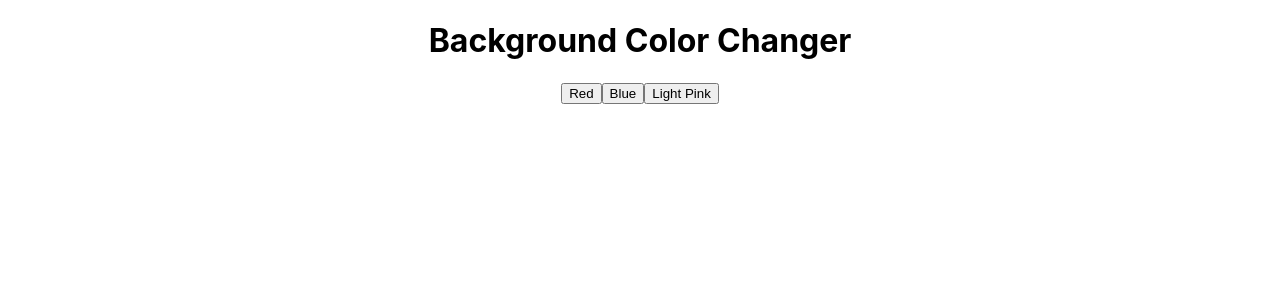
Repository: Jay1161/FSWD
Page: / (app in Week-12/frontend/cookies/)
The author's editor kept a copy of each file at every save. The page is drawn from the files as they stood at one save, then again after the next save.
The browser window is 1280 px wide. The pictures show the whole page.
The project was rebuilt for these pictures with package versions that can differ from the ones it lists, and the page was loaded fresh each time.

Above is the page before, as saved 2023-09-27 17:59:25.

After the next save:
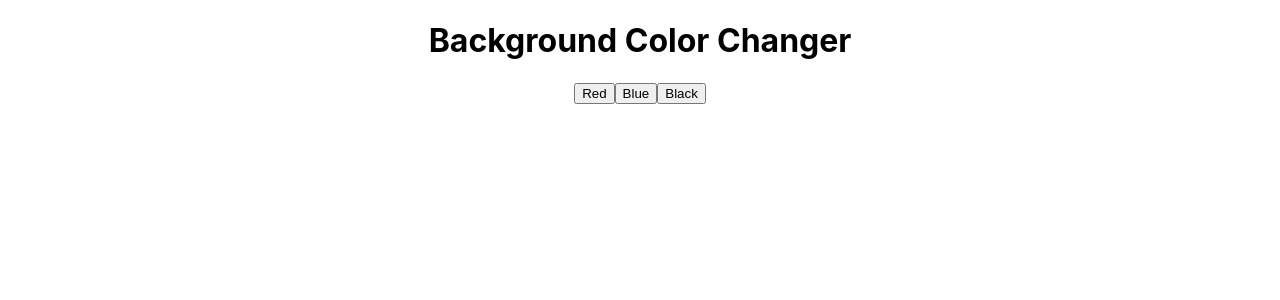
Saved 7 s later.
--- a/Week-12/frontend/cookies/src/cookies.jsx
+++ b/Week-12/frontend/cookies/src/cookies.jsx
@@ -38,7 +38,7 @@ function Cookies() {
       <h1>Background Color Changer</h1>
       <button onClick={() => setCookieAndBackgroundColor('Red')}>Red</button>
       <button onClick={() => setCookieAndBackgroundColor('BLue')}>Blue</button>
-      <button onClick={() => setCookieAndBackgroundColor('Black')}>Light Pink</button>
+      <button onClick={() => setCookieAndBackgroundColor('Black')}>Black</button>
     </div>
   );
 }
